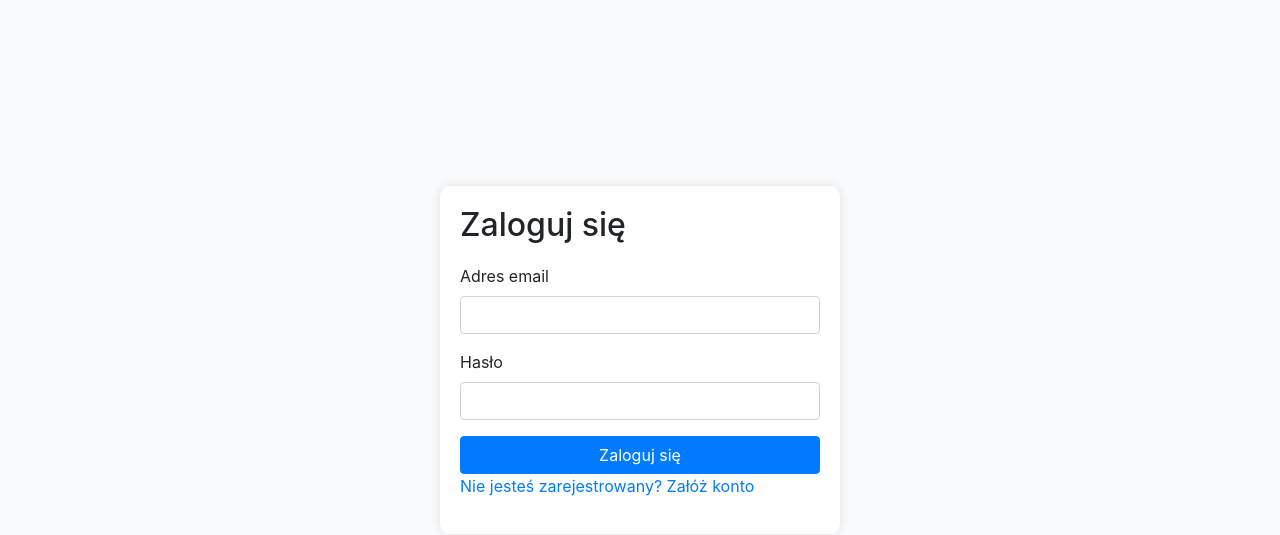
Repository: BoguszKonrady/FORUM
Page: http://localhost/app/index.php
These files come from the project's save history. The page is drawn as it stood at one moment and after the next save; the edit follows.
The browser window is 1280 px wide. The pictures show the whole page.
The page is run by PHP 8.4 with error messages shown; the project is at /var/www/html/.

Above is the page before, as saved 2024-06-05 19:21:13.

After the next save:
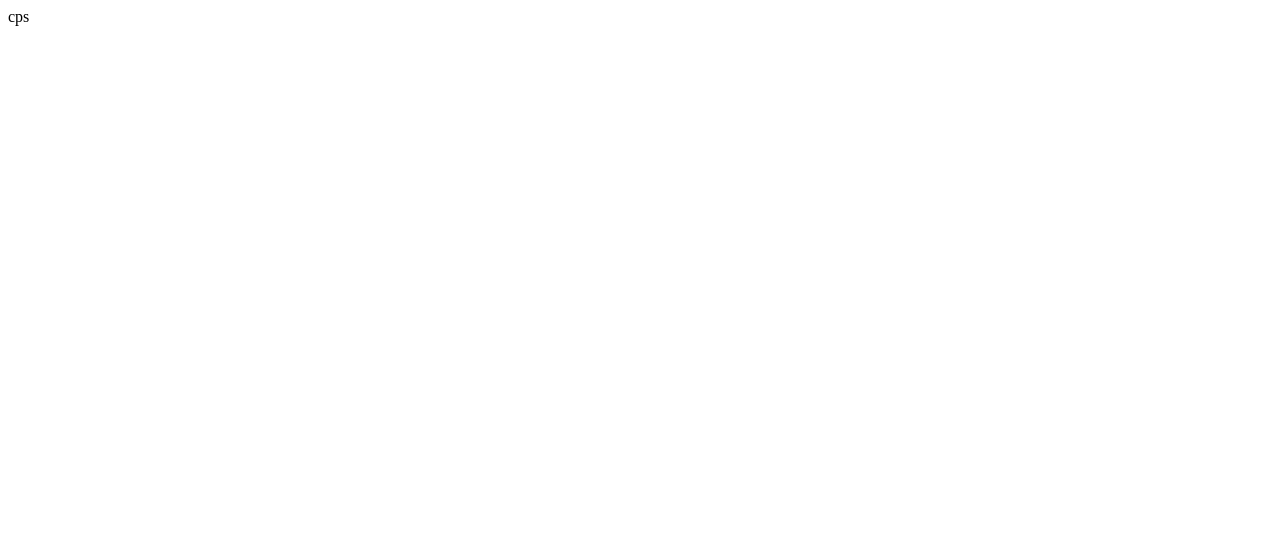
Saved 2 min 40 s later.
--- a/app/index.php
+++ b/app/index.php
@@ -1,51 +1 @@
-<!DOCTYPE html>
-<html lang="pl">
-<head>
-    <meta charset="UTF-8">
-    <meta name="viewport" content="width=device-width, initial-scale=1.0">
-    <title>Logowanie</title>
-    <link href="https://stackpath.bootstrapcdn.com/bootstrap/4.5.2/css/bootstrap.min.css" rel="stylesheet">
-    <style>
-        body {
-            background-color: #f8f9fa;
-            display: flex;
-            justify-content: center;
-            align-items: center;
-            height: 100vh;
-            margin: 0;
-        }
-        .login-form {
-            background: #ffffff;
-            padding: 20px;
-            border-radius: 10px;
-            box-shadow: 0 0 10px rgba(0, 0, 0, 0.1);
-            max-width: 400px;
-            width: 100%;
-        }
-        .login-form h2 {
-            margin-bottom: 20px;
-        }
-    </style>
-</head>
-<body>
-<div class="login-form">
-    <h2>Zaloguj się</h2>
-    <form action="/controllers/LoginController.php" method="POST">
-        <div class="form-group">
-            <label for="email">Adres email</label>
-            <input type="email" class="form-control" id="email" name="email" required>
-        </div>
-        <div class="form-group">
-            <label for="password">Hasło</label>
-            <input type="password" class="form-control" id="password" name="password" required>
-        </div>
-        <button type="submit" class="btn btn-primary btn-block">Zaloguj się</button>
-        <a href="app/views/register.php"><p>Nie jesteś zarejestrowany? Załóż konto</a></p>
-    </form>
-</div>
-
-<script src="https://code.jquery.com/jquery-3.5.1.slim.min.js"></script>
-<script src="https://cdn.jsdelivr.net/npm/@popperjs/core@2.9.2/dist/umd/popper.min.js"></script>
-<script src="https://stackpath.bootstrapcdn.com/bootstrap/4.5.2/js/bootstrap.min.js"></script>
-</body>
-</html>
+cps

After the save that followed:
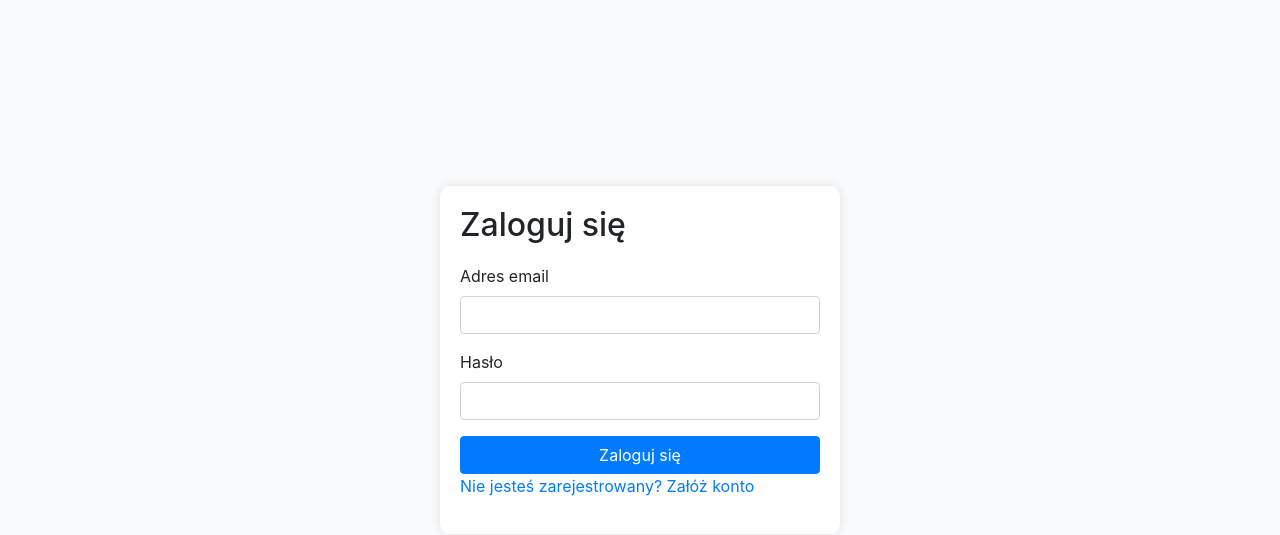
Saved 59 s later.
--- a/app/index.php
+++ b/app/index.php
@@ -1 +1,51 @@
-cps
+<!DOCTYPE html>
+<html lang="pl">
+<head>
+    <meta charset="UTF-8">
+    <meta name="viewport" content="width=device-width, initial-scale=1.0">
+    <title>Logowanie</title>
+    <link href="https://stackpath.bootstrapcdn.com/bootstrap/4.5.2/css/bootstrap.min.css" rel="stylesheet">
+    <style>
+        body {
+            background-color: #f8f9fa;
+            display: flex;
+            justify-content: center;
+            align-items: center;
+            height: 100vh;
+            margin: 0;
+        }
+        .login-form {
+            background: #ffffff;
+            padding: 20px;
+            border-radius: 10px;
+            box-shadow: 0 0 10px rgba(0, 0, 0, 0.1);
+            max-width: 400px;
+            width: 100%;
+        }
+        .login-form h2 {
+            margin-bottom: 20px;
+        }
+    </style>
+</head>
+<body>
+<div class="login-form">
+    <h2>Zaloguj się</h2>
+    <form action="/controllers/LoginController.php" method="POST">
+        <div class="form-group">
+            <label for="email">Adres email</label>
+            <input type="email" class="form-control" id="email" name="email" required>
+        </div>
+        <div class="form-group">
+            <label for="password">Hasło</label>
+            <input type="password" class="form-control" id="password" name="password" required>
+        </div>
+        <button type="submit" class="btn btn-primary btn-block">Zaloguj się</button>
+        <a href="app/views/register.php"><p>Nie jesteś zarejestrowany? Załóż konto</a></p>
+    </form>
+</div>
+
+<script src="https://code.jquery.com/jquery-3.5.1.slim.min.js"></script>
+<script src="https://cdn.jsdelivr.net/npm/@popperjs/core@2.9.2/dist/umd/popper.min.js"></script>
+<script src="https://stackpath.bootstrapcdn.com/bootstrap/4.5.2/js/bootstrap.min.js"></script>
+</body>
+</html>
